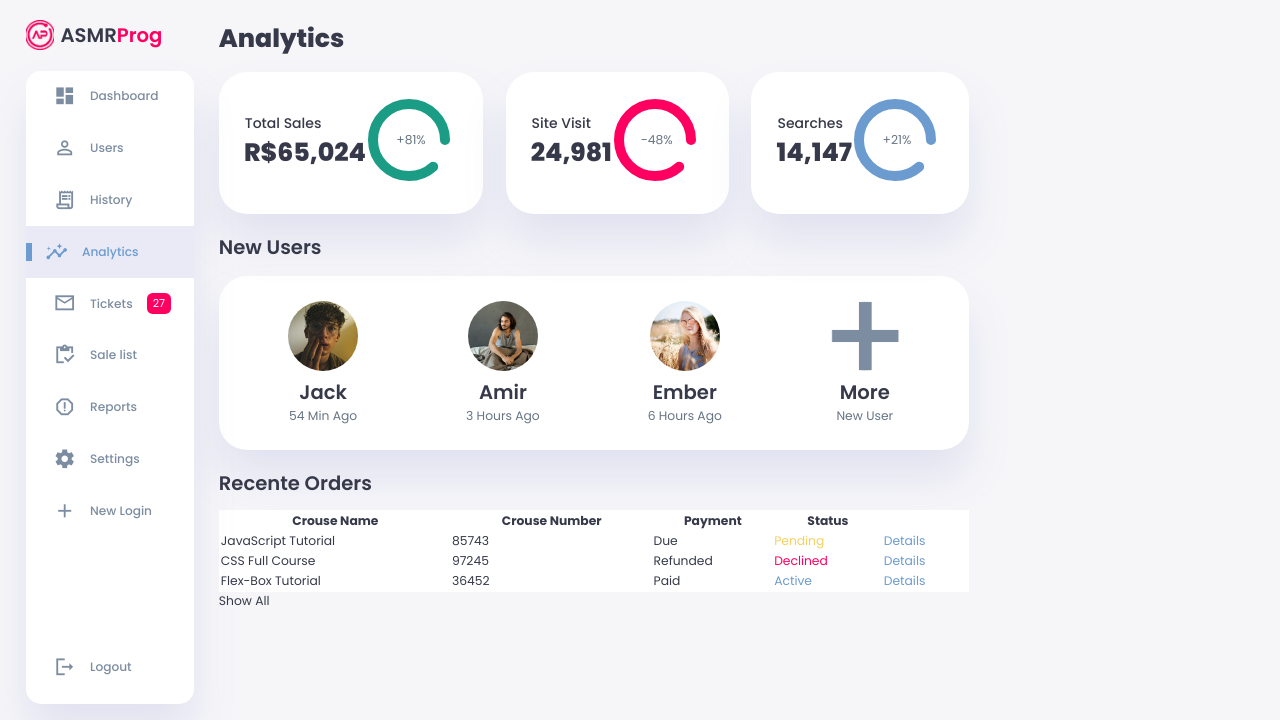
Repository: pheonix5/ProjetosRN-linux
Page: DashBoard/index.html
An editor plug-in stored every save of this project. The page is shown before and after the next save, followed by the edit.
The browser window is 1280 px wide. The pictures show the whole page.

Above is the page before, as saved 2023-08-06 02:31:09.

### DashBoard/index.html
<!DOCTYPE html>
<html lang="pt-br">

<head>
  <meta charset="UTF-8">
  <meta name="viewport" content="width=device-width, initial-scale=1.0">
  <link href="https://fonts.googleapis.com/icon?family=Material+Icons+Sharp" rel="stylesheet">
  <link rel="stylesheet" href="style.css">
  <title>Responsive Dashboard Design #1</title>
</head>

<body>

  <div class="container">
    <!-- Siderbar Section -->
    <aside>
      <div class="toggle">
        <div class="logo">
          <img src="images/logo.png">
          <h2>ASMR<span class="danger">Prog</span></h2>
        </div>
        <div class="close" id="close-btn">
          <span class="material-icons-sharp">
            close
          </span>
        </div>
      </div>

      <div class="sidebar">
        <a href="#">
          <span class="material-icons-sharp">
            dashboard
          </span>
          <h3>Dashboard</h3>
        </a>
        <a href="#">
          <span class="material-icons-sharp">
            person_outline
          </span>
          <h3>Users</h3>
        </a>
        <a href="#">
          <span class="material-icons-sharp">
            receipt_long
          </span>
          <h3>History</h3>
        </a>
        <a href="#" class="active">
          <span class="material-icons-sharp">
            insights
          </span>
          <h3>Analytics</h3>
        </a>
        <a href="#">
          <span class="material-icons-sharp">
            mail_outline
          </span>
          <h3>Tickets</h3>
          <span class="message_count">27</span>
        </a>
        <a href="#">
          <span class="material-icons-sharp">
            inventory
          </span>
          <h3>Sale list</h3>
        </a>
        <a href="#">
          <span class="material-icons-sharp">
            report_gmailerrorred
          </span>
          <h3>Reports</h3>
        </a>
        <a href="#">
          <span class="material-icons-sharp">
            settings
          </span>
          <h3>Settings</h3>
        </a>
        <a href="#">
          <span class="material-icons-sharp">
            add
          </span>
          <h3>New Login</h3>
        </a>
        <a href="#">
          <span class="material-icons-sharp">
            logout
          </span>
          <h3>Logout</h3>
        </a>
      </div>
    </aside>
    <!-- Fim da Seção do Sidebar-->

    <!-- Main Content-->
    <main>
      <h1>Analytics</h1>
      <!-- Analyses -->
      <div class="analyse">
        <div class="sales">
          <div class="status">
            <div class="info">
              <h3>Total Sales</h3>
              <h1>R$65,024</h1>
            </div>
            <div class="progresss">
              <svg>
                <circle cx="38" cy="38" r="36"></circle>
              </svg>
              <div class="percentage">
                <p>+81%</p>
              </div>
            </div>
          </div>
        </div>

        <div class="visits">
          <div class="status">
            <div class="info">
              <h3>Site Visit</h3>
              <h1>24,981</h1>
            </div>
            <div class="progresss">
              <svg>
                <circle cx="38" cy="38" r="36"></circle>
              </svg>
              <div class="percentage">
                <p>-48%</p>
              </div>
            </div>
          </div>
        </div>

        <div class="searches">
          <div class="status">
            <div class="info">
              <h3>Searches</h3>
              <h1>14,147</h1>
            </div>
            <div class="progresss">
              <svg>
                <circle cx="38" cy="38" r="36"></circle>
              </svg>
              <div class="percentage">
                <p>+21%</p>
              </div>
            </div>
          </div>
        </div>
      </div>
      <!-- End Of Analyses -->

      <!--  New Users Section -->
      <div class="new-users">
        <h2>New Users</h2>
        <div class="user-list">
          <div class="user">
            <img src="images/profile-2.jpg">
            <h2>Jack</h2>
            <p>54 Min Ago</p>
          </div>
          <div class="user">
            <img src="images/profile-3.jpg">
            <h2>Amir</h2>
            <p>3 Hours Ago</p>
          </div>
          <div class="user">
            <img src="images/profile-4.jpg">
            <h2>Ember</h2>
            <p>6 Hours Ago</p>
          </div>
          <div class="user">
            <img src="images/plus.png">
            <h2>More</h2>
            <p>New User</p>
          </div>
        </div>
      </div>
      <!-- End of New Users Section -->


      <!-- Recente Orders Table -->
      <div class="recent-orders">
        <h2>Recente Orders</h2>
        <table>
          <thead>
            <tr>
              <th>Crouse Name</th>
              <th>Crouse Number</th>
              <th>Payment</th>
              <th>Status</th>
              <th></th>
            </tr>
          </thead>
          <tbody>

          </tbody>
        </table>
        <a href="#">Show All</a>
      </div>
      <!-- End of Recent Orders -->

    </main>


  </div>

  <script src="orders.js"></script>
  <script src="index.js"></script>
</body>

</html>

### DashBoard/style.css
@import url('https://fonts.googleapis.com/css2?family=Barlow:ital,wght@0,100;0,200;0,300;0,400;0,500;0,600;0,700;0,800;0,900;1,100;1,200;1,300;1,400;1,500;1,600;1,700;1,800;1,900&family=Poppins:wght@300;400;500;600;700;800&display=swap');

:root{
  --color-primary: #6C9BCF;
    --color-danger: #FF0060;
    --color-success: #1B9C85;
    --color-warning: #F7D060;
    --color-white: #fff;
    --color-info-dark: #7d8da1;
    --color-dark: #363949;
    --color-light: rgba(132, 139, 200, 0.18);
    --color-dark-variant: #677483;
    --color-background: #f6f6f9;

    --card-border-radius: 2rem;
    --border-radius-1: 0.4rem;
    --border-radius-2: 1.2rem;

    --card-padding: 1.8rem;
    --padding-1: 1.2rem;

    --box-shadow: 0 2rem 3rem var(--color-light);
}

.dark-mode-variables{
  --color-background: #181a1e;
    --color-white: #202528;
    --color-dark: #edeffd;
    --color-dark-variant: #a3bdcc;
    --color-light: rgba(0, 0, 0, 0.4);
    --box-shadow: 0 2rem 3rem var(--color-light);
}

*{
  margin: 0;
  padding: 0;
  outline: 0;
  appearance: 0;
  border: 0;
  text-decoration: none;
  box-sizing: border-box;
}

html{
  font-size: 14px;
}

body{
  width: 100vw;
  height: 100vh;
  font-family: 'Poppins', sans-serif;
  font-size: 0.88rem;
  user-select: none;
  overflow-x: hidden;
  color: var(--color-dark);
  background-color: var(--color-background);
}

a{
  color: var(--color-dark);
}

img{
  display: block;
  width: 100%;
  object-fit: cover;
}

h1{
  font-weight: 800;
  font-size: 1.8rem;
}

h2{
  font-weight: 600;
  font-size: 1.4rem;
}

h3{
  font-weight: 500;
  font-size: 0.87rem;
}

small{
  font-size: 0.76rem;
}

p{
  color: var(--color-dark-variant);
}

b{
  color: var(--color-dark);
}

.text-muted{
  color: var(--color-info-dark);
}

.primary{
  color: var(--color-primary);
}

.danger{
  color: var(--color-danger);
}

.sucess{
  color: var(--color-success);
}

.warning{
  color: var(--color-warning);
}

.container{
  display: grid;
  width: 96%;
  margin: 0 auto;
  gap: 1.8rem;
  grid-template-columns: 12rem auto 23rem;
}

aside{
  height: 100vh;
}

aside .toggle{
  display: flex;
  align-items: center;
  justify-content: space-between;
  margin-top: 1.4rem;
}

aside .toggle .logo{
  display: flex;
  gap: 0.5rem;
}

aside .toggle .logo img{
  width: 2rem;
  width: 2rem;
}

aside .toggle .close{
  padding-right: 1rem;
  display: none;
}

aside .sidebar{
  display: flex;
  flex-direction: column;
  background-color: var(--color-white);
  box-shadow: var(--box-shadow);
  border-radius: 15px;
  height: 88vh;
  position: relative;
  top: 1.5rem;
  transition: all 0.3s ease;
}

aside .sidebar:hover{
  box-shadow: none;
}

aside .sidebar a{
  display: flex;
  align-items: center;
  color:  var(--color-info-dark);
  height: 3.7rem;
  gap: 1rem;
  position: relative;
  margin-left: 2rem;
  transition: all 0.3s ease;
}

aside .sidebar a span{
  font-size: 1.6rem;
  transition: all 0.3s ease;
}

aside .sidebar a:last-child{
  position: absolute;
  bottom: 0.8rem;
  width: 100%;
}

aside .sidebar a.active{
  width: 100%;
  color: var(--color-primary);
  background-color: var(--color-light);
  margin-left: 0;
}

aside .sidebar a.active::before{
  content: '';
  width: 6px;
  height: 18px;
  background-color: var(--color-primary);
}

aside .sidebar a.active span{
  color: var(--color-primary);
  margin-left: calc(1rem -3px);
}

aside .sidebar a:hover{
  color: var(--color-primary);
}

aside .sidebar a:hover span{
  margin-left: 0.6rem;
}

aside .sidebar .message_count{
  background-color: var(--color-danger);
  padding: 2px 6px;
  color: var(--color-white);
  font-size: 11px;
  border-radius: var(--border-radius-1);
}

main{
  margin-top: 1.4rem;
}

main .analyse{
  display: grid;
  grid-template-columns: repeat(3, 1fr);
  gap: 1.6rem;
}

main .analyse > div{
  background-color: var(--color-white);
  padding: var(--card-padding);
  border-radius: var(--card-border-radius);
  margin-top: 1rem;
  box-shadow: var(--box-shadow);
  cursor: pointer;
  transition: all 0.3s ease;
}

main .analyse > div:hover{
  box-shadow: none;
}

main .analyse > div .status{
  display: flex;
  align-items: center;
  justify-content: space-between;
}


main .analyse h3{
  margin-left: .06rem;
  font-size: 1rem;
}

main .analyse .progresss{
  position: relative;
  width: 92px;
  height: 92px;
  border-radius: 50%;
}

main .analyse svg{
  width: 7rem;
  height: 7rem;
}

main .analyse svg circle{
  fill: none;
  stroke-width: 10;
  stroke-linecap: round;
  transform: translate(5px, 5px);
}

main .analyse .sales svg circle{
  stroke: var(--color-success);
  stroke-dashoffset: -30;
  stroke-dasharray: 200;
}

main .analyse .visits svg circle{
  stroke: var(--color-danger);
  stroke-dashoffset: -30;
  stroke-dasharray: 200;
}

main .analyse .searches svg circle{
  stroke: var(--color-primary);
  stroke-dashoffset: -30;
  stroke-dasharray: 200;
}

main .analyse .progresss .percentage{
  position: absolute;
  top: -3px;
  left: -1px;
  display: flex;
  align-items: center;
  justify-content: center;
  height: 100%;
  width: 100%;
}

main .new-users{
  margin-top: 1.3rem;
}

main .new-users .user-list{
  background-color: var(--color-white);
  padding: var(--card-padding);
  border-radius: var(--card-border-radius);
  margin-top: 1rem;
  box-shadow: var(--box-shadow);
  display: flex;
  justify-content: space-around;
  flex-wrap: wrap;
  gap: 1.4rem;
  transition: all 0.3s ease;
}

main .new-users .user-list:hover{
  box-shadow: none;
}

main .new-users .user-list .user{
  display: flex;
  flex-direction: column;
  align-items: center;
  justify-content: center;
}

main .new-users .user-list .user img{
  width: 5rem;
  height: 5rem;
  margin-bottom: 0.4rem;
  border-radius: 50%;
}

main .recent-orders{
  margin-top: 1.3rem;
}

main .recent-orders h2{
  margin-bottom: 0.8rem;
}

main .recent-orders table{
  background-color: var(--color-white);
  width: 100%;
}

### DashBoard/orders.js
const Orders = [
  {
    productName: 'JavaScript Tutorial',
    productNumber: '85743',
    paymentStatus: 'Due',
    status: 'Pending'
  },
  {
    productName: 'CSS Full Course',
    productNumber: '97245',
    paymentStatus: 'Refunded',
    status: 'Declined'
  },
  {
    productName: 'Flex-Box Tutorial',
    productNumber: '36452',
    paymentStatus: 'Paid',
    status: 'Active'
  },
]

### DashBoard/index.js
Orders.forEach(order => {
  const tr = document.createElement('tr');
  const trContent = `
    <td>${order.productName}</td>
    <td>${order.productNumber}</td>
    <td>${order.paymentStatus}</td>
    <td class="${order.status === 'Declined' ? 'danger' : order.status === 'Pending' ? 'warning' : 'primary'}">${order.status}</td>
    <td class="primary">Details</td>
  ` ;
  tr.innerHTML = trContent;
  document.querySelector('table tbody').appendChild(tr)
})

After the next save:
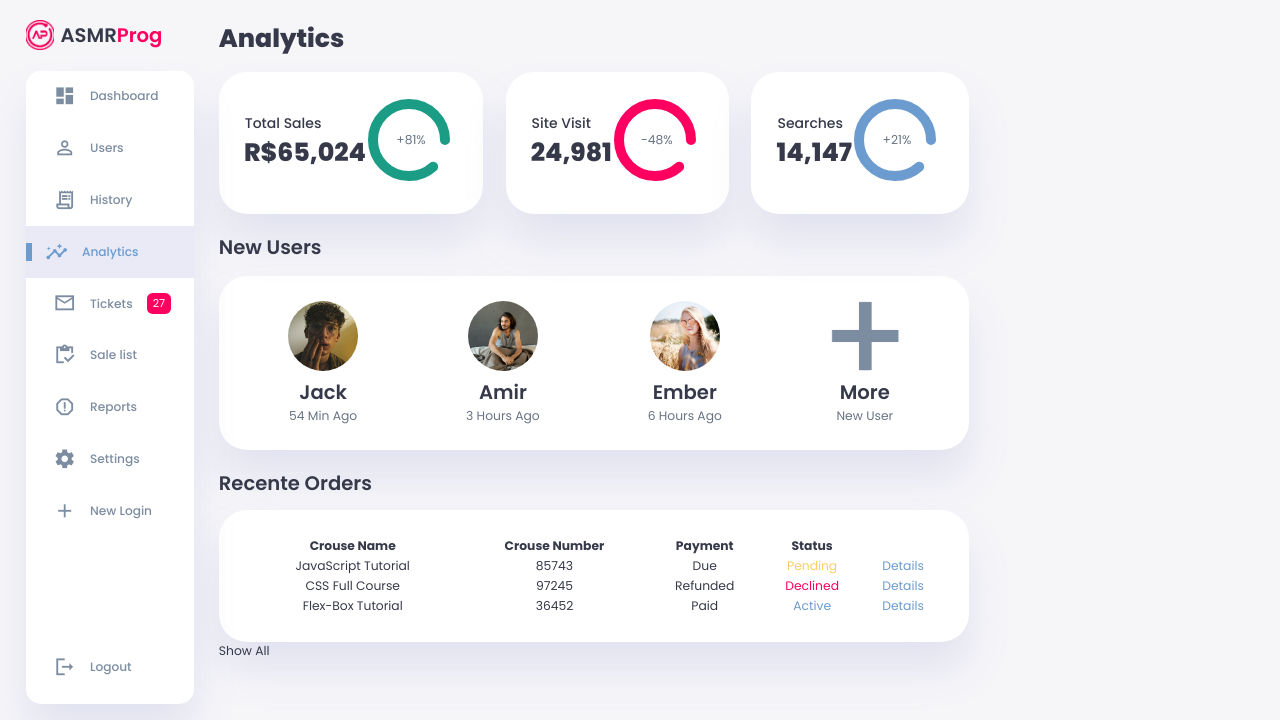
Saved 40 s later.
--- a/DashBoard/style.css
+++ b/DashBoard/style.css
@@ -350,4 +350,9 @@ main .recent-orders h2{
 main .recent-orders table{
   background-color: var(--color-white);
   width: 100%;
-}
+  padding: var(--card-padding);
+  text-align: center;
+  box-shadow: var(--box-shadow);
+  border-radius: var(--card-border-radius);
+  transition: all 0.3s ease;
+}
